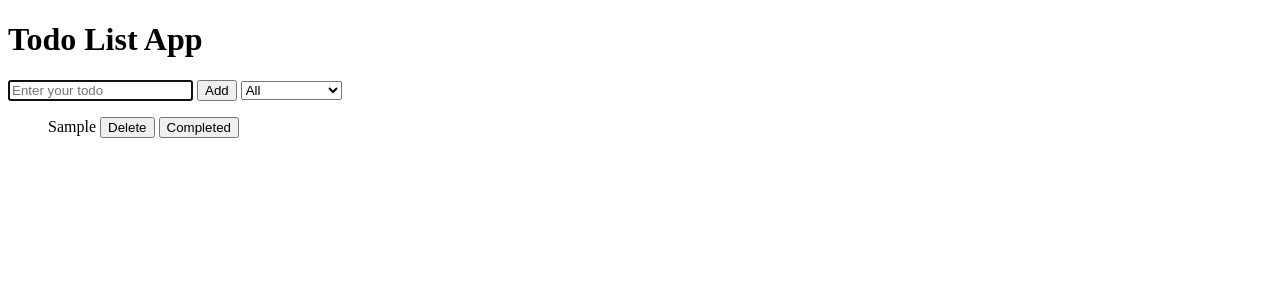
Repository: jknudsen97/WDD-330-Portfolio
Page: week6/todoList.html
These files come from the project's save history. The page is drawn as it stood at one moment and after the next save; the edit follows.
The browser window is 1280 px wide. The pictures show the whole page.
Empty fields were first filled with sample values (such as "Sample", 5 or name@example.com).
After loading, the first visible `#addTodoButton` was clicked once.

Above is the page before, as saved 2021-10-20 18:32:28.

After the next save:
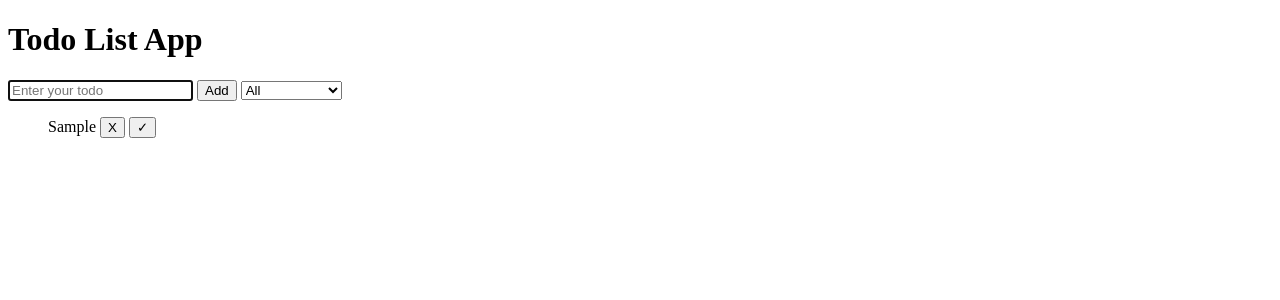
Saved 2 min 34 s later.
--- a/week6/todoList.html
+++ b/week6/todoList.html
@@ -50,8 +50,8 @@
           e.preventDefault();
           const todoText = input.value;
           const todoEl = `<li><span>${todoText}</span>
-            <button class="delete" id="deleteTodoButton"><i class="far fa-trash-alt"></i>Delete</button>
-            <button class="complete" id="completeTodoButton"><i class="fas fa-check"></i>Completed</button></li>`;
+            <button class="delete" id="deleteTodoButton"><i class="far fa-trash-alt"></i>X</button>
+            <button class="complete" id="completeTodoButton"><i class="fas fa-check"></i>&#10003</button></li>`;
           input.value = "";
           input.focus();
 
